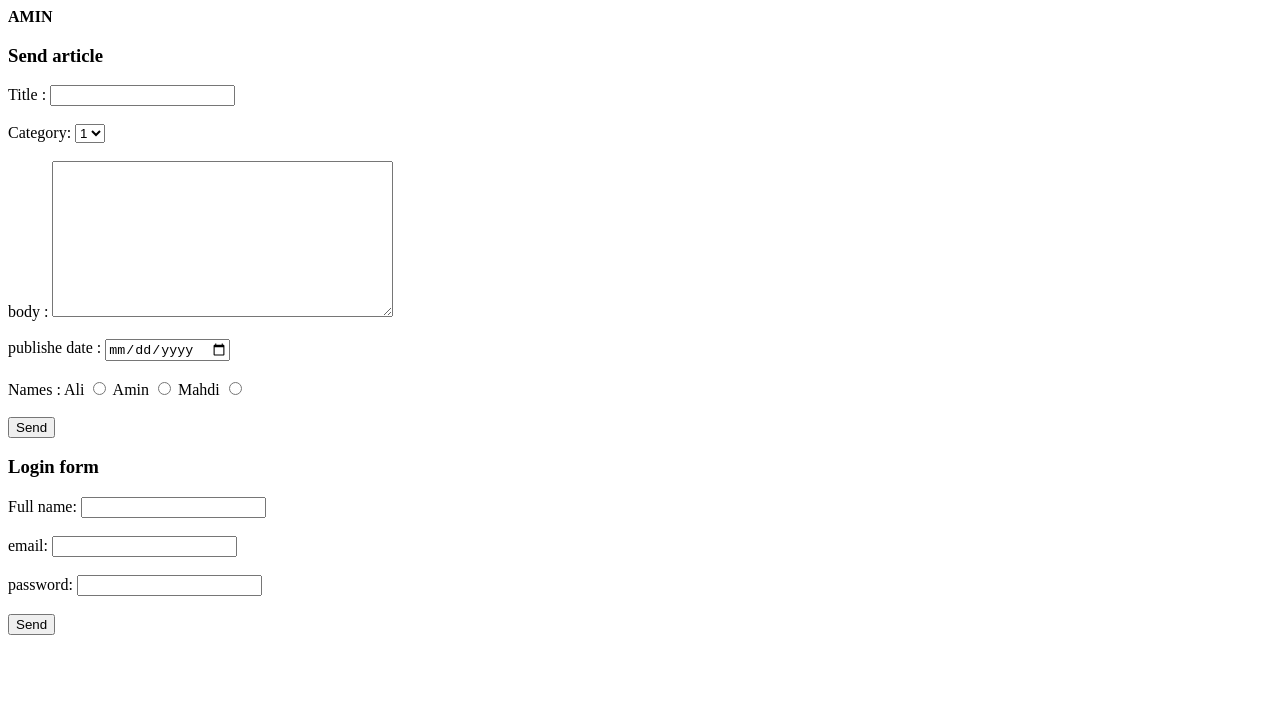
Repository: aminsheikhan/amins-github
Page: index.html
An editor plug-in stored every save of this project. The page is shown before and after the next save, followed by the edit.
The browser window is 1280 px wide. The pictures show the whole page.

Above is the page before, as saved 2025-12-10 13:37:55.

### index.html
<!DOCTYPE html>
<html>
    <head>
        <title>DK compani</title>

    </head>

    <body>

        <!-- <h1>hello</h1>
        <hr>
        <p>My name <br> is -------> <strong>AMIN</strong> </p>
        <!-- <img src="https://encrypted-tbn0.gstatic.com/images?q=tbn:ANd9GcRoAjtMwTQOLTAKjz2fEtOaZiAGcB5UmJiALA&s" alt="hourseoto">
        <ol>
            <li>Item one</li>
            <li>Item two</li>
            <li>Item tree</li>
        </ol>
        <hr>
        <ul>
            <li>Item 1</li>
            <li>Item 2</li>
            <li>Item 3</li>
        </ul>
        <a href="https://www.dieselkhodro.com/" target="_blank">Go to us Site</a> -->

        <!-- <table>
            <thead>
                <tr>
                    <th>head 1</th>
                    <th>head 2</th>
                    <th>head 3</th>
                </tr>
            </thead>

            <tbody>

                <tr>
                    <td>data 1</td>
                    <td>data 2</td>
                    <td> </td>
                </tr>

            </tbody>
        </table> -->

        <!-- <h2>Roocket Video</h2>
        <p>Lorem ipsum dolor sit amet consectetur, adipisicing elit. Sapiente dolores temporibus numquam rem voluptatem ipsum molestias id quasi nulla eius tempora deleniti maiores ratione et recusandae laboriosam rerum, sint officia.</p>
        <video controls width="720" height="350" poster="https://www.dieselkhodro.com/static/main_images/logo-blue.png">
            <source src="./vidio/141_python-141.mp4">
            Your Browser does not support
        </video>

        <hr>

        <h2>Roocket audio </h2>
        <p>Lorem ipsum dolor, sit amet consectetur adipisicing elit. Explicabo commodi dicta unde eum rerum esse beatae sequi saepe animi, sed voluptatum? Eos doloribus dolorum qui excepturi placeat quia est quae.</p>
        <audio controls>
            <source src="./vidio/Bogzar Ey Ashena - Ejraye Goruhi.mp3">

        </audio> -->

        <h3>Send article </h3>
        <form action="#">
            <label>Title :</label>
            <input type="" name="title">
            <br><br>

            <label>Category:</label>
            <select name="category">
                <option value="1">1</option>
                <option value="2">2</option>
                <option value="3">3</option>
            </select>
            <br><br>

            <label>body :</label>
            <textarea name="body" cols="40" rows="10"></textarea>
            <br><br>

            <label> publishe date :</label>
            <input type="date" name="publishe_at">
            <br><br>

            <label>Names : </label>

            <label>Ali</label>
            <input type="radio" name="Sender">

            <label>Amin</label>
            <input type="radio" name="Sender">

            <label>Mahdi</label>
            <input type="radio" name="Sender">
            <br><br>

            <button type="submit">Send</button>

            <label for=""></label>


        </form>

        <h3>Login form</h3>
        <form action="#">

        <label>Full name:</label>
        <input type="text" name="Full name">
        <br><br>

        <label>email:</label>
        <input type="email" name="Full name">
        <br><br>

        <label>password:</label>
        <input type="password" name="Full name">
        <br><br>



        <button type="submit">Send</button>

        </form>

    </body>





</html>

After the next save:
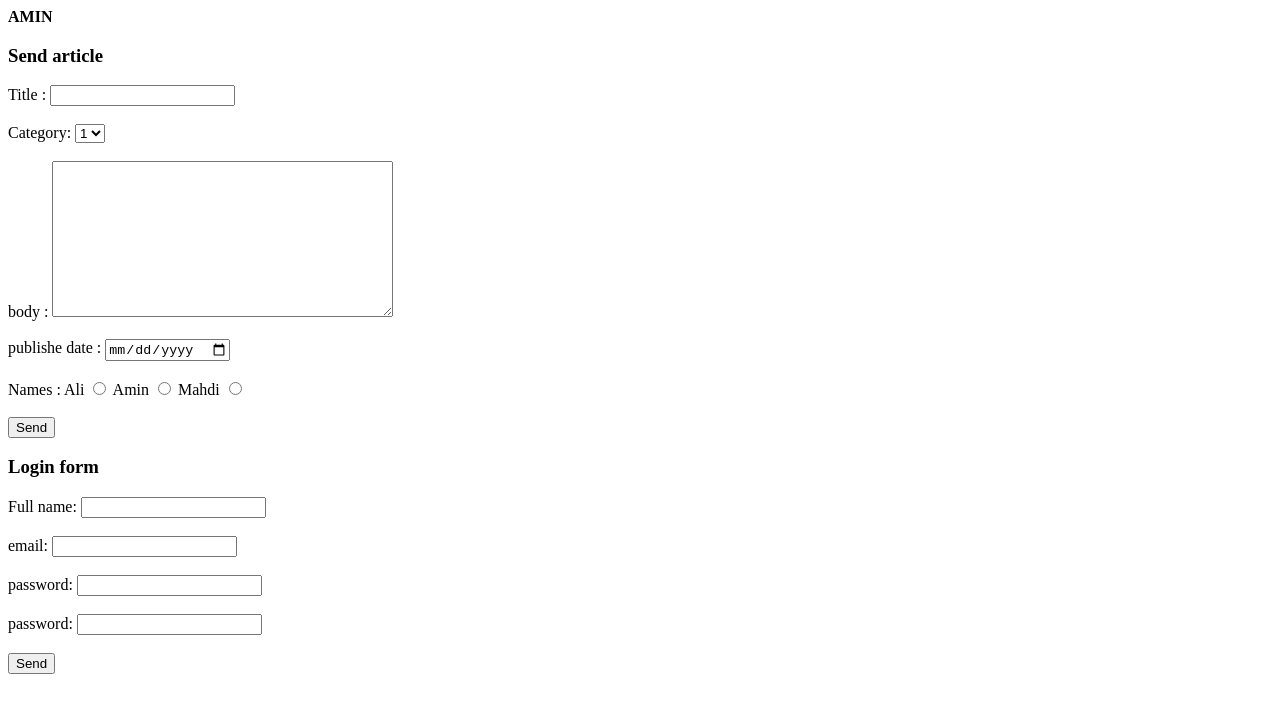
Saved 4 s later.
--- a/index.html
+++ b/index.html
@@ -116,7 +116,9 @@
         <input type="password" name="Full name">
         <br><br>
 
-
+        <label>password:</label>
+        <input type="password" name="Full name">
+        <br><br>
 
         <button type="submit">Send</button>
 
